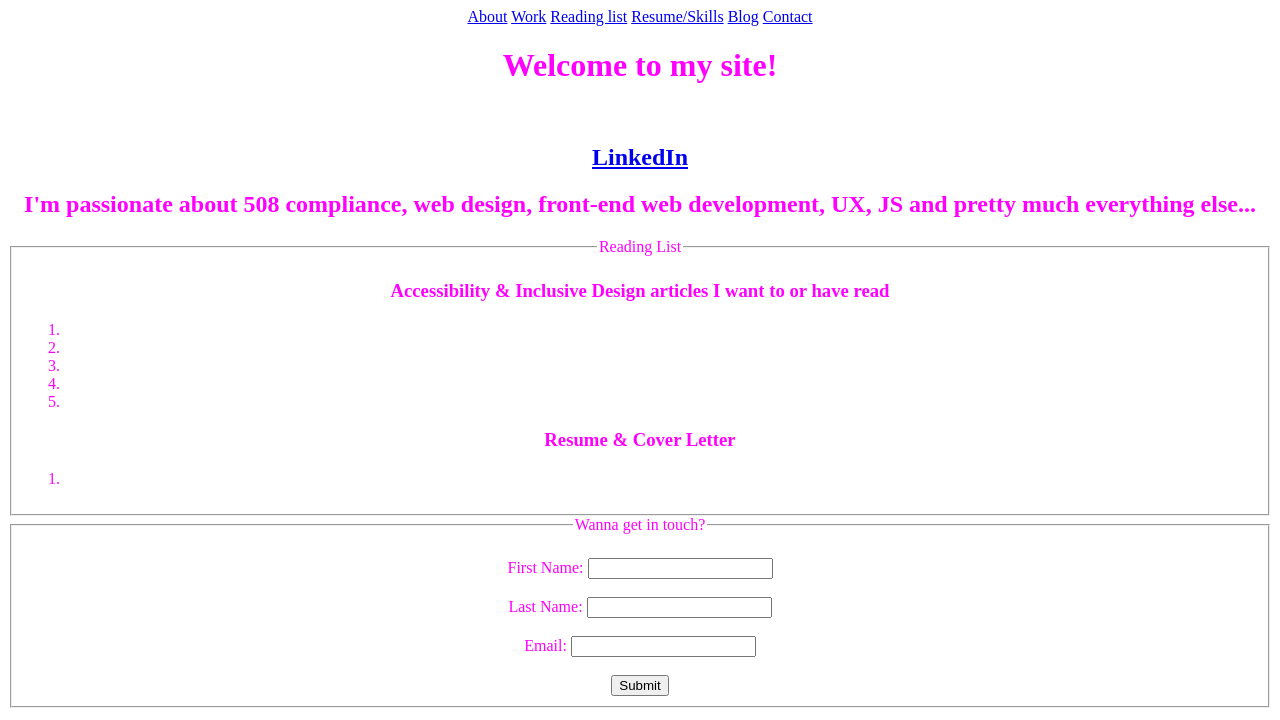
Repository: jasvr/jasvr.io
Page: index.html
The author's editor kept a copy of each file at every save. The page is drawn from the files as they stood at one save, then again after the next save.
The browser window is 1280 px wide. The pictures show the whole page.

Above is the page before, as saved 2020-01-20 13:40:16.

### index.html
<!DOCTYPE html>
<html lang="en">
<head>
    <meta charset="UTF-8">
    <meta name="viewport" content="width=device-width, initial-scale=1.0">
    <meta http-equiv="X-UA-Compatible" content="ie=edge">
    <title>Jasmin Vargas</title>
    <link href="style.css" type="text/css" rel="stylesheet">
</head>
<body>
    <nav>
        <a href="/about/">About</a>
        <a href="/work/">Work</a>
        <a href="/readinglist/">Reading list</a>
        <a href="/resume/">Resume/Skills</a>
        <a href="/blog/">Blog</a>
        <a href="/contact/">Contact</a>
    </nav>
    <h1>Welcome to my site!</h1>
    <br>

    <h2><a href="https://www.linkedin.com/in/jasvrgs/">LinkedIn</a></h2>
    <h2>I'm passionate about 508 compliance, web design, front-end web development, UX, JS and pretty much everything else...</h2>

    <fieldset>
        <legend>Reading List</legend>
             <h3>Accessibility & Inclusive Design articles I want to or have read</h3>
             <ol>
                 <li></li>
                 <li></li>
                 <li></li>
                 <li></li>
                 <li></li>
             </ol>
             <h3>Resume & Cover Letter</h3>
             <ol>
                 <li></li>

             </ol>

    </fieldset>


    <fieldset>
        <legend>Wanna get in touch?</legend>
        <div>
            <br>
            <label for ="firstname">First Name: </label>
            <input type="text" name="firstname"/>
        </div>
        <div>
            <br>
            <label for ="lastname">Last Name: </label>
            <input type="text" name="lastname"/>
        </div>
        <div>
            <br>
            <label for ="email">Email: </label>
            <input type="text" name="email"/>

        </div>
        <div>
            <br>
            <input type="submit" value="Submit">
        </div>
    </fieldset>
</body>
</html>

### style.css
body{
    color:magenta;
    text-align:center;
    }

    *:focus{
        outline: 0;
        box-shadow: 0 0 10px #eb0486;
        border-color: #eb0486;
    }

    a:focus{
        color: #eb0486;
        font-weight: bold;
    }

    .button:focus{
        background-color: #eb0486;

    }

After the next save:
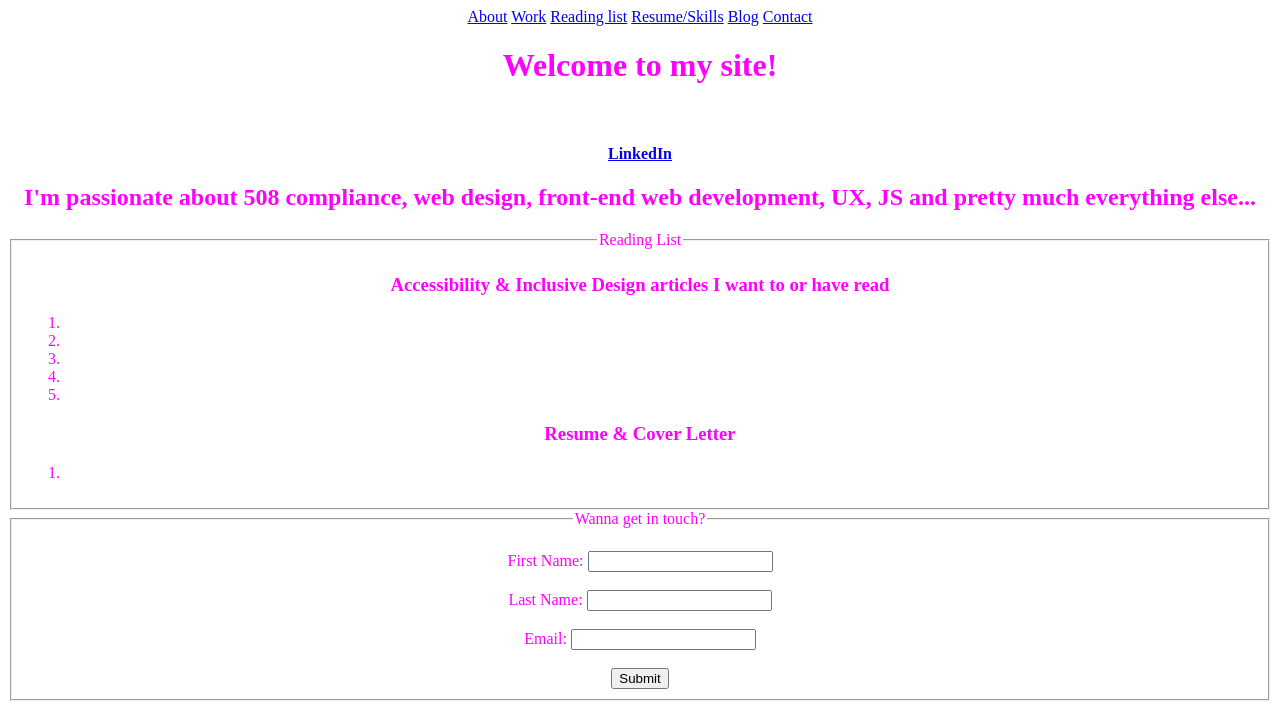
Saved 8 s later.
--- a/index.html
+++ b/index.html
@@ -19,7 +19,7 @@
     <h1>Welcome to my site!</h1>
     <br>
 
-    <h2><a href="https://www.linkedin.com/in/jasvrgs/">LinkedIn</a></h2>
+    <h4><a href="https://www.linkedin.com/in/jasvrgs/">LinkedIn</a></h4>
     <h2>I'm passionate about 508 compliance, web design, front-end web development, UX, JS and pretty much everything else...</h2>
 
     <fieldset>
